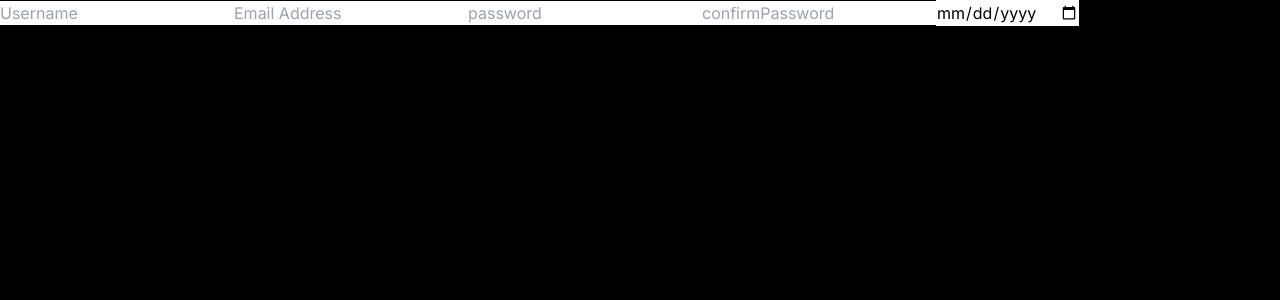
Repository: uh-sman/tiktok-card
Page: /
The author's editor kept a copy of each file at every save. The page is drawn from the files as they stood at one save, then again after the next save.
The browser window is 1280 px wide. The pictures show the whole page.
The project was rebuilt for these pictures with package versions that can differ from the ones it lists, and the page was loaded fresh each time. The framework's server and built-in components were replaced by stand-ins that run in the browser. Also part of the build but not shown: next.config.js.

Above is the page before, as saved 2023-12-19 11:54:04.

After the next save:
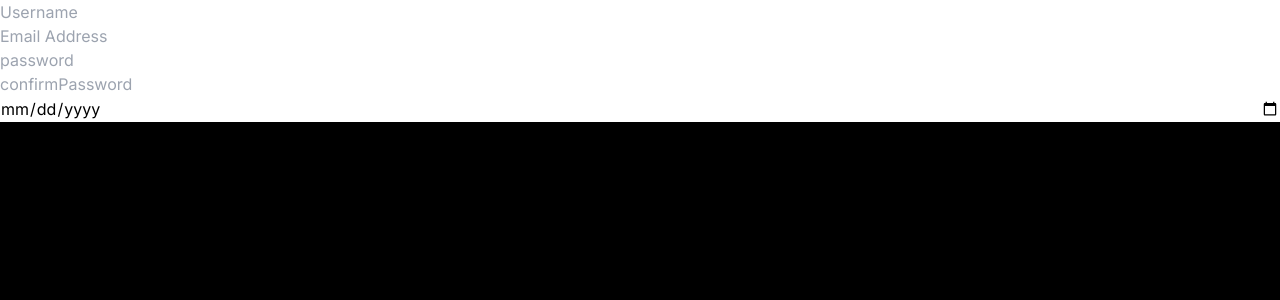
Saved 24 s later.
--- a/app/page.tsx
+++ b/app/page.tsx
@@ -23,7 +23,7 @@ export default function Home() {
     <div className="bg-black h-screen w-screen">
       {/* <div className="flex justify-center"> */}
       {/* <div className="flex justify-center flex-col"> */}
-        <form onSubmit={()=> {}}>
+        <form className="flex flex-col" onSubmit={()=> {}}>
           <Input
             className=""
             id="Username"
